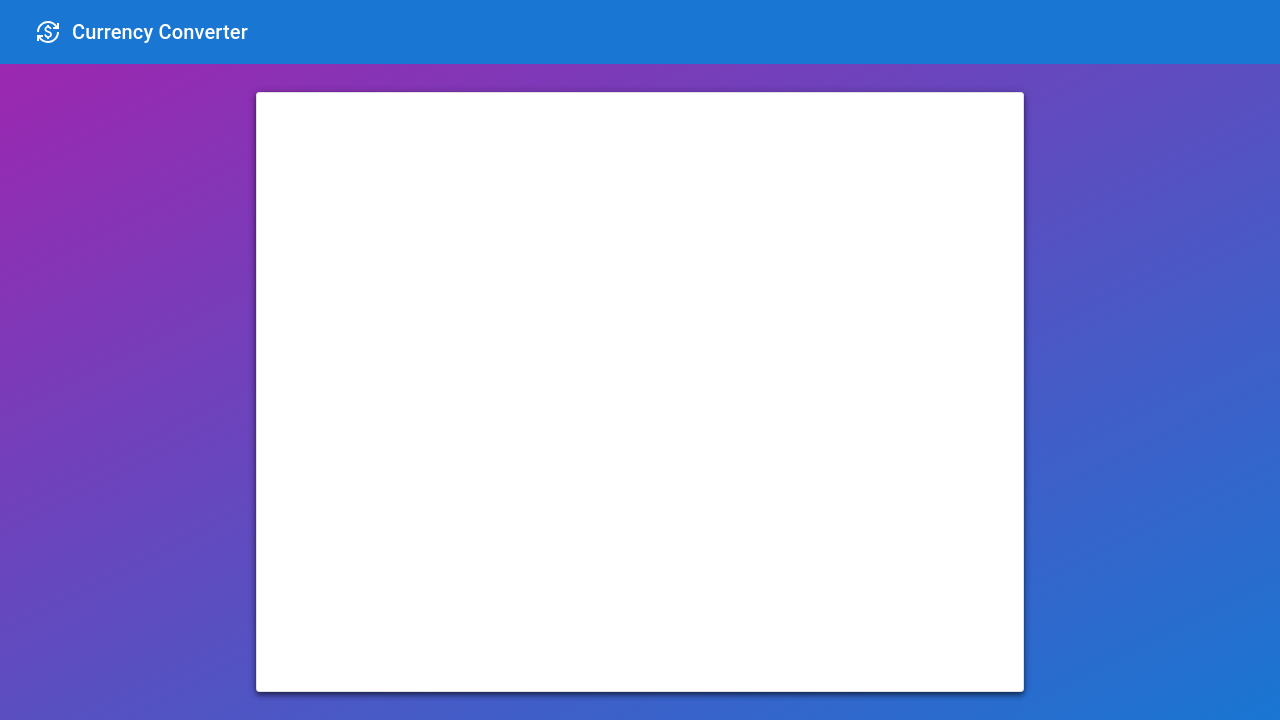
Repository: rutsguifd/currency-converter
Page: /
These files come from the project's save history. The page is drawn as it stood at one moment and after the next save; the edit follows.
The browser window is 1280 px wide. The pictures show the whole page.
The project was rebuilt for these pictures with package versions that can differ from the ones it lists, and the page was loaded fresh each time. Also part of the build but not shown: src/components/ErrorBoundary.jsx.

Above is the page before, as saved 2023-03-27 23:47:35.

### src/index.js
import { CssBaseline } from "@mui/material";
import React from "react";
import ReactDOM from "react-dom/client";
import { Provider } from "react-redux";
import { BrowserRouter } from "react-router-dom";
import App from "./App";
import { setupStore } from "./store";

const store = setupStore();

const root = ReactDOM.createRoot(document.getElementById("root"));
root.render(
  <Provider store={store}>
    <BrowserRouter>
      <CssBaseline>
        <App />
      </CssBaseline>
    </BrowserRouter>
  </Provider>
);

### src/App.js
import AppRouter from "./router/AppRouter";

function App() {
  return (
    <>
      <AppRouter />
    </>
  );
}

export default App;

### src/store/index.js
import { combineReducers, configureStore } from "@reduxjs/toolkit";
import { ConverterAPI } from "./ConverterService";

const rootReducer = combineReducers({
  [ConverterAPI.reducerPath]: ConverterAPI.reducer,
});

export const setupStore = () => {
  return configureStore({
    reducer: rootReducer,
    middleware: (getDefaultMiddleware) =>
      getDefaultMiddleware().concat(ConverterAPI.middleware),
  });
};

### src/router/AppRouter.jsx
import React from "react";
import { Route, Routes } from "react-router-dom";
import ErrorBoundary from "../components/ErrorBoundary";
import HomePage from "../pages/HomePage";

const AppRouter = () => {
  return (
    <Routes>
      <Route path="/" element={<HomePage />} />
      <Route path="/error" element={<ErrorBoundary />} />
    </Routes>
  );
};

export default AppRouter;

### src/store/ConverterService.js
import { createApi, fetchBaseQuery } from "@reduxjs/toolkit/dist/query/react";

const BASE_URL = "https://api.apilayer.com/exchangerates_data/";

const BASE_QUERY = fetchBaseQuery({
  baseUrl: BASE_URL,
  prepareHeaders: (headers) => {
    headers.set("apikey", "3yTPGVUhUYyAGGgNkKb2MySzxmY4qcWi");
    return headers;
  },
});

export const ConverterAPI = createApi({
  reducerPath: "ConverterAPI",
  baseQuery: BASE_QUERY,
  tagTypes: ["ConverterAPI"],
  endpoints: (build) => ({
    getLatestCurrency: build.query({
      query: ({ symbols, base }) => `latest?symbols=${symbols}&base=${base}`,
    }),
  }),
});

### src/pages/HomePage.jsx
import React from "react";
import ConvertContainer from "../components/ConvertContainer";
import MainLayout from "../layout/MainLayout";

const HomePage = () => {
  return (
    <MainLayout>
      <ConvertContainer />
    </MainLayout>
  );
};

export default HomePage;

### src/components/ConvertContainer.jsx
import { Container, Paper, useTheme } from "@mui/material";
import React from "react";
import Convert from "./Convert";

const ConvertContainer = () => {
  const theme = useTheme();

  return (
    <Container
      maxWidth={false}
      disableGutters
      sx={{
        display: "flex",
        justifyContent: "center",
        alignItems: "center",
        minHeight: "calc(100vh - 64px)",
        background: `linear-gradient(to right bottom, ${theme.palette.secondary.main},  ${theme.palette.primary.main})`,
      }}
    >
      <Paper
        variant="outlined"
        sx={{
          p: 4,
          display: "flex",
          flexDirection: "column",
          alignItems: "center",
          justifyContent: "center",
          width: "60vw",
          minWidth: "400px",
          height: "60vh",
          minHeight: "600px",
          gap: 4,
          boxShadow: 4,
        }}
      >
        <Convert />
      </Paper>
    </Container>
  );
};

export default ConvertContainer;

### src/layout/MainLayout.jsx
import React from "react";
import Header from "../components/Header";

const MainLayout = ({ children }) => {
  return (
    <>
      <Header />
      {children}
    </>
  );
};

export default MainLayout;

### src/components/Convert.jsx
import { Paper, Typography } from "@mui/material";
import React from "react";

const Convert = () => {
  return (
    <Paper
      variant="outlined"
      sx={{
        p: 4,
        display: "flex",
        flexDirection: "column",
        alignItems: "center",
        justifyContent: "center",
        width: "60vw",
        minWidth: "400px",
        height: "60vh",
        minHeight: "600px",
        gap: 4,
        boxShadow: 4,
      }}
    >
      <Typography variant="h4"></Typography>
    </Paper>
  );
};

export default Convert;

### src/components/Header.jsx
import {
  AppBar,
  Box,
  CircularProgress,
  IconButton,
  Toolbar,
  Typography,
} from "@mui/material";
import CurrencyExchangeIcon from "@mui/icons-material/CurrencyExchange";
import EuroSymbolIcon from "@mui/icons-material/EuroSymbol";
import AttachMoneyIcon from "@mui/icons-material/AttachMoney";
import React from "react";
import { ConverterAPI } from "../store/ConverterService";
import { useNavigate } from "react-router-dom";

const Header = () => {
  const navigate = useNavigate();

  //   const {
  //     data: USDData,
  //     error: USDError,
  //     isLoading: USDLoading,
  //   } = ConverterAPI.useGetLatestCurrencyQuery({
  //     symbols: "UAH",
  //     base: "USD",
  //   });
  //   const {
  //     data: EURData,
  //     error: EURError,
  //     isLoading: EURLoading,
  //   } = ConverterAPI.useGetLatestCurrencyQuery({
  //     symbols: "UAH",
  //     base: "EUR",
  //   });
  //   if (USDError || EURError) {
  //     return navigate("/error");
  //   }
  return (
    <Box sx={{ flexGrow: 1 }}>
      <AppBar position="static">
        <Toolbar>
          <IconButton size="large" color="inherit">
            <CurrencyExchangeIcon />
          </IconButton>
          <Typography variant="h6" component="div" sx={{ flexGrow: 1 }}>
            Currency Converter
          </Typography>
          {/* <Box margin={2} display="flex" flexDirection="row">
            <EuroSymbolIcon />
            {EURLoading ? (
              <CircularProgress />
            ) : (
              <Typography>{EURData.rates.UAH}</Typography>
            )}
          </Box>
          <Box margin={2} display="flex" flexDirection="row">
            <AttachMoneyIcon />
            {USDLoading ? (
              <CircularProgress />
            ) : (
              <Typography>{USDData.rates.UAH}</Typography>
            )}
          </Box> */}
        </Toolbar>
      </AppBar>
    </Box>
  );
};

export default Header;

Loaded but not shown: public/index.html (common file)

After the next save:
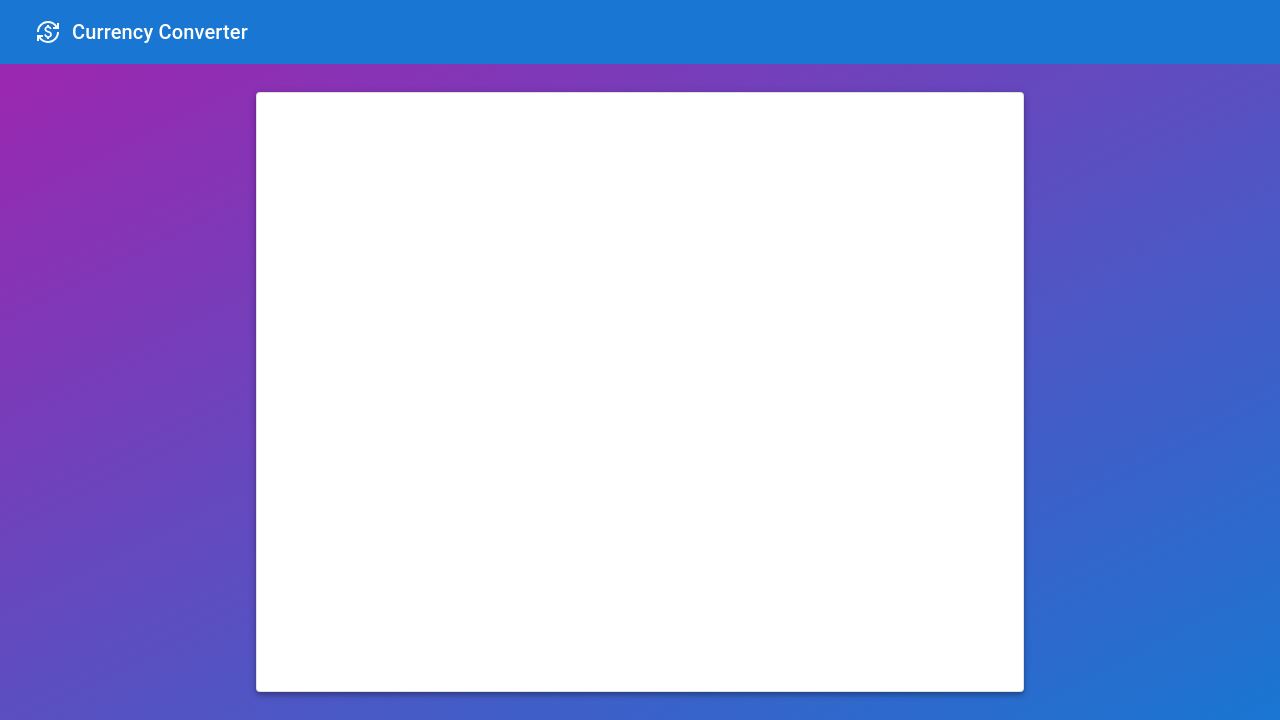
Saved 7 s later.
--- a/src/components/ConvertContainer.jsx
+++ b/src/components/ConvertContainer.jsx
@@ -1,4 +1,4 @@
-import { Container, Paper, useTheme } from "@mui/material";
+import { Container, useTheme } from "@mui/material";
 import React from "react";
 import Convert from "./Convert";
 
@@ -17,24 +17,7 @@ const ConvertContainer = () => {
         background: `linear-gradient(to right bottom, ${theme.palette.secondary.main},  ${theme.palette.primary.main})`,
       }}
     >
-      <Paper
-        variant="outlined"
-        sx={{
-          p: 4,
-          display: "flex",
-          flexDirection: "column",
-          alignItems: "center",
-          justifyContent: "center",
-          width: "60vw",
-          minWidth: "400px",
-          height: "60vh",
-          minHeight: "600px",
-          gap: 4,
-          boxShadow: 4,
-        }}
-      >
-        <Convert />
-      </Paper>
+      <Convert />
     </Container>
   );
 };
